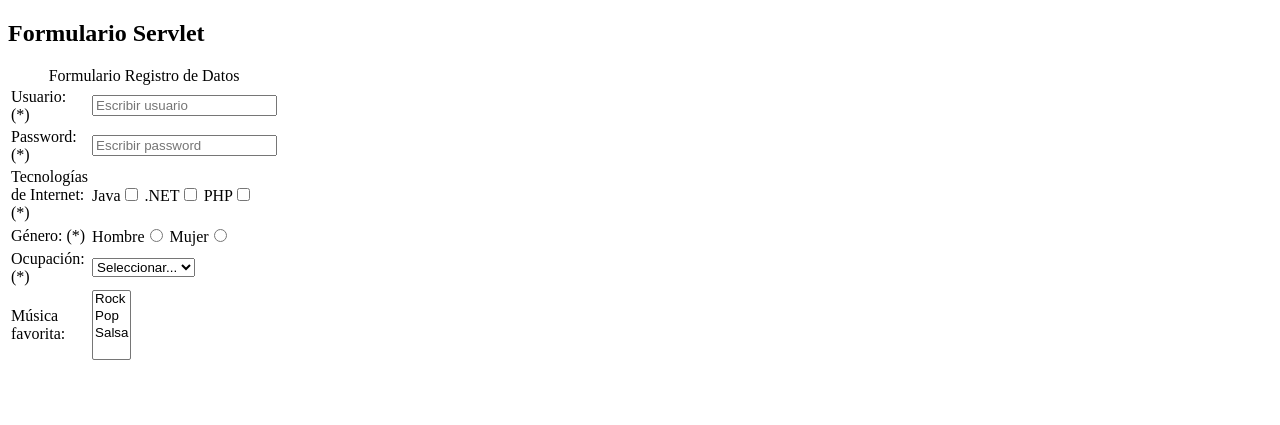
Repository: SRubiRosales/JavaBasico
Page: http://localhost/ManejoFormulariosHTML/
These files come from the project's save history. The page is drawn as it stood at one moment and after the next save; the edit follows.
The browser window is 1280 px wide. The pictures show the whole page.
The page is served by Tomcat 9.

Above is the page before, as saved 2022-04-25 22:26:59.

### ManejoFormulariosHTML/src/main/webapp/index.jsp
<!DOCTYPE html>
<html>
	<head>
		<title>Ejercicio Formulario</title>
		<meta http-equiv="Content-Type" content="text/html; charset=UTF-8">
		<link rel="stylesheet" type="text/css" href="resources/styles.css">
		<script type="text/javascript" src="resources/functions.js"></script>
	</head>
	<body>
		<h2>Formulario Servlet</h2>
		<form name="form1" action="servlet" method="POST" onSubmit="return validarForma(this)"><!-- El formulario responde al servlet del action -->
			<input type="hidden" name="oculto" value="valorOculto"></input>
			<table width="200" id="enfasis-columna">
				<caption>Formulario Registro de Datos</caption>
				<tr>
					<td class="columna">Usuario: (*)</td>
					<td>
						<input class="default" type="text" name="usuario" placeholder="Escribir usuario"></input>
					</td>
				</tr>
				<tr>
					<td class="columna">Password: (*)</td>
					<td>
						<input class="default" type="password" name="password" placeholder="Escribir password"></input>
					</td>
				</tr>
				<tr>
					<td class="columna">Tecnologías de Internet: (*)</td>
					<td>
						<span>Java<input type="checkbox" name="tecnologia" value="java"/></span>
						<span>.NET<input type="checkbox" name="tecnologia" value="net"/></span>
						<span>PHP<input type="checkbox" name="tecnologia" value="php"/></span>
					</td>
				</tr>
				<tr>
					<td class="columna">Género: (*)</td>
					<td>
						Hombre<input type="radio" name="genero" value="H"/>
						Mujer<input type="radio" name="genero" value="M"/>
					</td>
				</tr>
				<tr>
					<td class="columna">Ocupación: (*)</td>
					<td>
						<select name="ocupacion" class="default">
							<option value="">Seleccionar...</option>
							<option value="1">Profesor</option>
							<option value="2">Ingeniero</option>
							<option value="3">Jubilado</option>
							<option value="4">Otro</option>
						</select>
					</td>
				</tr>
				<tr>
					<td class="columna">Música favorita:</td>
					<td>
						<select name="musica" multiple class="default">
							<option value="rock">Rock</option>
							<option value="pop">Pop</option>
							<option value="salsa">Salsa</option>
						</select>
					</td>
				</tr>
			</table>
		</form>
	</body>
</html>

Loaded but not shown: ManejoFormulariosHTML/src/main/webapp/resources/styles.css (common file); ManejoFormulariosHTML/src/main/webapp/resources/functions.js (common file)

After the next save:
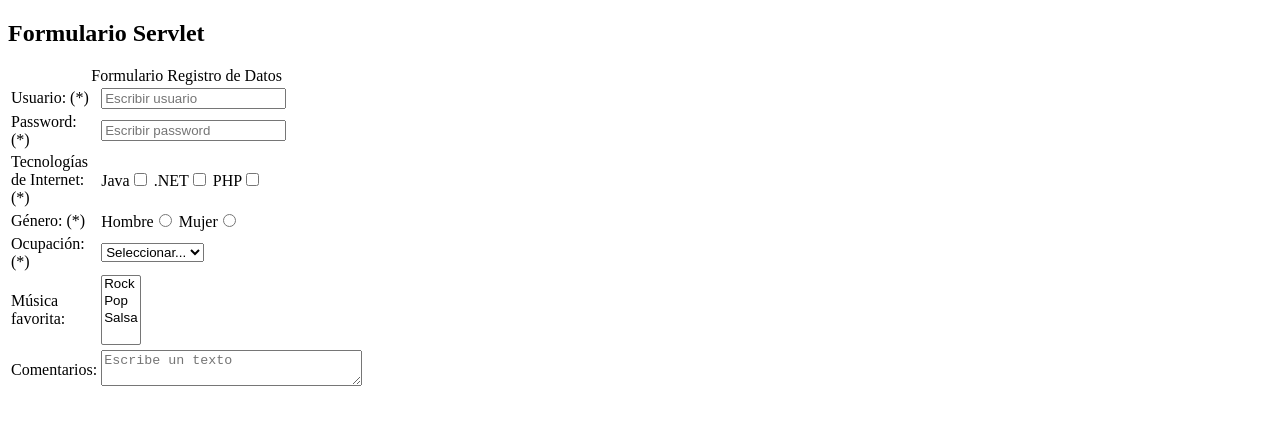
Saved 115 s later.
--- a/ManejoFormulariosHTML/src/main/webapp/index.jsp
+++ b/ManejoFormulariosHTML/src/main/webapp/index.jsp
@@ -61,6 +61,12 @@
 						</select>
 					</td>
 				</tr>
+				<tr>
+					<td class="columna">Comentarios:</td>
+					<td>
+						<textarea rows="2" cols="30" name="comentarios" class="default" placeholder="Escribe un texto"></textarea>
+					</td>
+				</tr>
 			</table>
 		</form>
 	</body>
